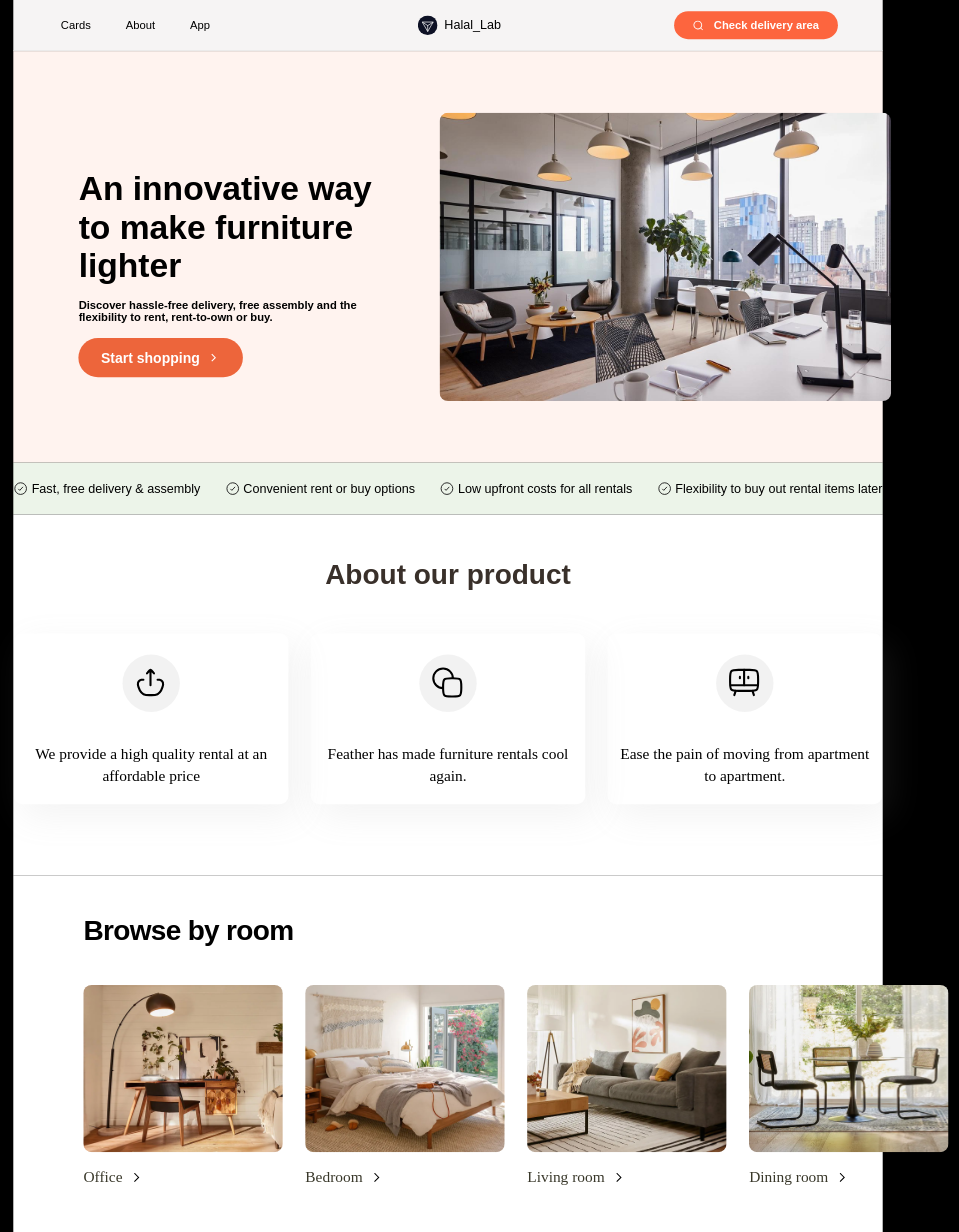
Repository: noman-source/Furniture-website
Page: index.html
These files come from the project's save history. The page is drawn as it stood at one moment and after a run of saves; the edit follows.
The browser window is 1280 px wide. The page is 1370 px wide, so the pictures cover 1370 px, including what lies to the right of the window. The pictures show the part of the page from y = 0 to 1760 px (the page is 4317 px tall), at 70% of full size.

Above is the page before, as saved 2025-07-05 06:19:41.

After the next 3 saves:
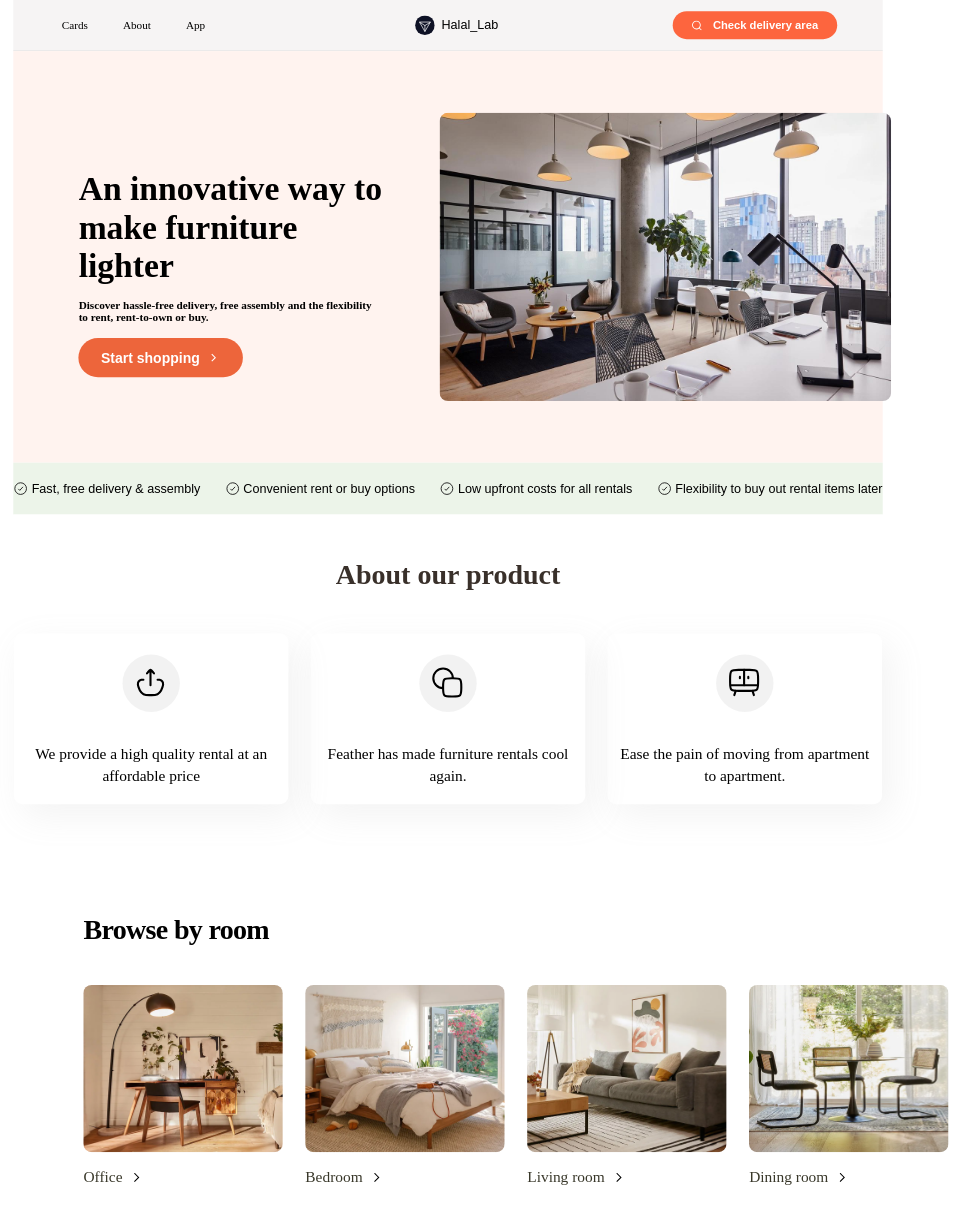
The 3 saves are shown as one change because they came seconds apart.
The last was saved 75 s later.
--- a/style.css
+++ b/style.css
@@ -1,3 +1,6 @@
+<style>
+@import url('https://fonts.googleapis.com/css2?family=DM+Sans:ital,opsz,wght@0,9..40,100..1000;1,9..40,100..1000&family=EB+Garamond:ital,wght@0,400..800;1,400..800&family=Flow+Circular&family=Montserrat:ital,wght@0,100..900;1,100..900&family=Open+Sans:ital,wght@0,300..800;1,300..800&family=Ramabhadra&display=swap');
+
 body {
     font-family: "DM Sans", sans-serif;
     background-color: black;
